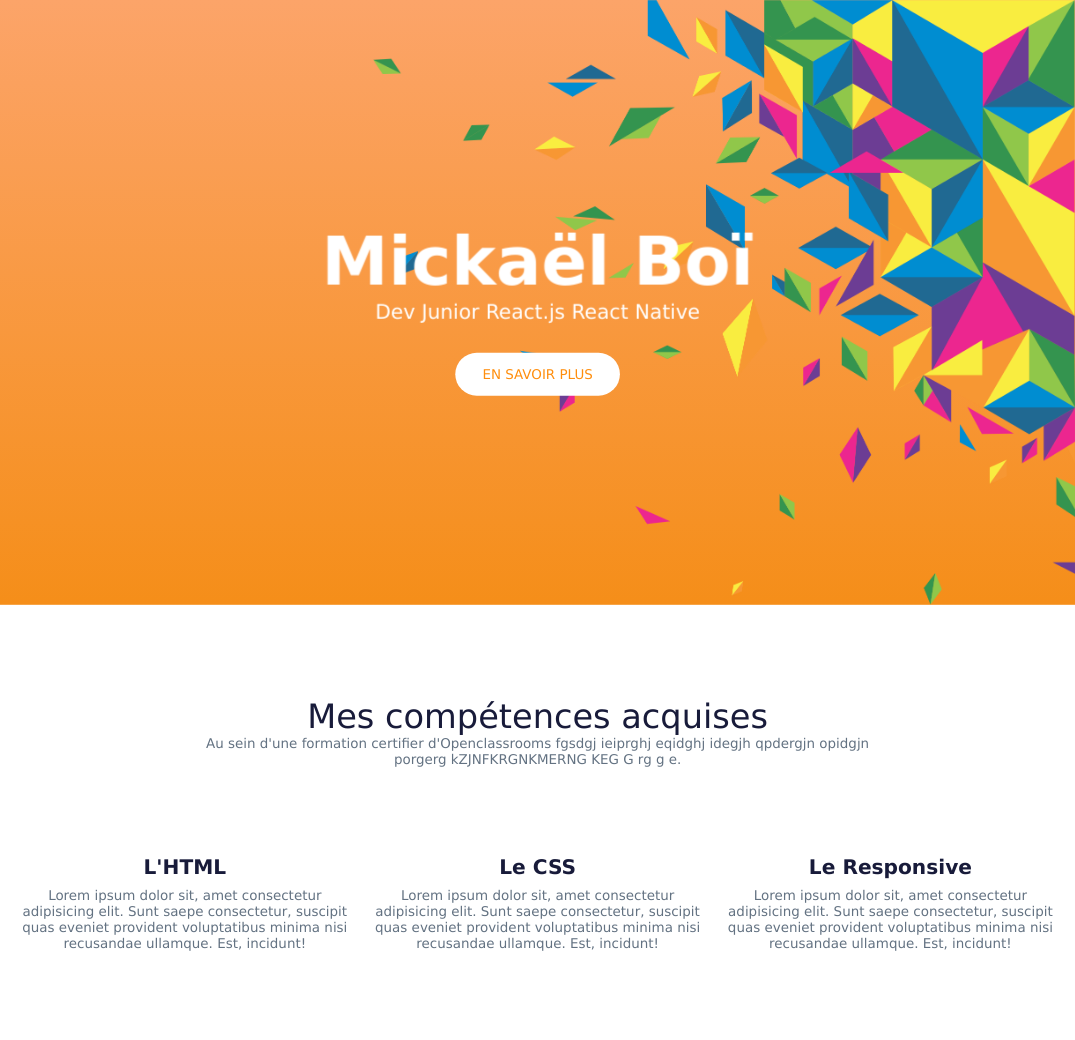
Repository: Micka-17/React_CV
Page: / (app in react-cv/)
An editor plug-in stored every save of this project. The page is shown before and after a run of saves, followed by the edit.
The browser window is 1280 px wide. The pictures show the whole page, at 84% of full size.
The project was rebuilt for these pictures with package versions that can differ from the ones it lists, and the page was loaded fresh each time.

Above is the page before, as saved 2021-10-20 11:16:22.

### react-cv/src/index.js
import React from 'react';
import ReactDOM from 'react-dom';
import './index.css';
import App from './App';
import reportWebVitals from './reportWebVitals';

ReactDOM.render(
    <App />,
  document.getElementById('root')
);

// If you want to start measuring performance in your app, pass a function
// to log results (for example: reportWebVitals(console.log))
// or send to an analytics endpoint. Learn more: https://bit.ly/CRA-vitals

### react-cv/src/App.js
import './App.css';
import Top from './components/Top';
import Skills from './components/Skills';
import './Style/style.css'
import React from 'react'

function App() {
  return (
    <div className="App">
      <Top />
      <Skills />
    </div>
  );
}

export default App;

### react-cv/src/components/Top.jsx
import React from 'react'
import '../Style/style.css'

export default function Top() {

    return (
        <section id="sec-1">
            <div class="marbre">
                <div class="container">
                    <h1>Mickaël Boï</h1>
                    <p>Dev Junior React.js React Native</p>
                    <a href="#sec-2" class="title-btn">En savoir plus</a>
                </div>
            </div>
        </section >
    )
}

### react-cv/src/components/Skills.jsx
import React from 'react'
import '../Style/style.css'

export default function Skills() {

    return (
        <section id="sec-2">
        <h1>Mes compétences acquises</h1>
        <p>Au sein d'une formation certifier d'Openclassrooms fgsdgj ieiprghj eqidghj idegjh qpdergjn opidgjn porgerg
             kZJNFKRGNKMERNG KEG G rg g e.</p>
        <div class="container" data-aos="zoom-in">
            <div class="competences">
                <i class="fab fa-html5 fa-5x"></i>
                <h2>L'HTML</h2>
                <p>Lorem ipsum dolor sit, amet consectetur adipisicing elit. Sunt saepe consectetur, suscipit quas eveniet provident voluptatibus minima nisi recusandae ullamque. Est, incidunt!</p>
            </div>
            <div class="competences">
                <i class="fab fa-css3 fa-5x"></i>
                <h2>Le CSS</h2>
                <p>Lorem ipsum dolor sit, amet consectetur adipisicing elit. Sunt saepe consectetur, suscipit quas eveniet provident voluptatibus minima nisi recusandae ullamque. Est, incidunt!</p>
            </div><div class="competences">
                <i class="fas fa-mobile-alt fa-5x"></i>
                <h2>Le Responsive</h2>
                <p>Lorem ipsum dolor sit, amet consectetur adipisicing elit. Sunt saepe consectetur, suscipit quas eveniet provident voluptatibus minima nisi recusandae ullamque. Est, incidunt!</p>
            </div>
        </div>
    </section>
    )
}

### react-cv/src/Style/style.css
* { margin: 0;
    padding: 0;
    list-style: 0;
    text-decoration: 0;
}

body {
    font-family: 'Lucida Sans', 'Lucida Sans Regular', 'Lucida Grande', 'Lucida Sans Unicode', Geneva, Verdana, sans-serif;
}
.btnBurger {
    position: absolute;
    top: 0;
    left: 0px;
}
section#sec-1 {
    width: 100%;
    height: 100vh;
    background: linear-gradient(to bottom, #fca469, #f58e19);
}

section#sec-1 .marbre {
    height: 100%;
    background-image: url(../img/fond-marbre.png);
    background-position: right top;
    background-size: contain;
    background-repeat: no-repeat;
    display: flex;
    justify-content: center;
    align-items: center;
}

section#sec-1 .marbre .container {
    text-align: center;
    color: white;
}

section#sec-1 .marbre .container h1 {
    font-size: 5em;
}

section#sec-1 .marbre .container p {
    font-size: 1.5em;
    margin-bottom: 50px;
}

section#sec-1 .marbre .container a.title-btn {
    background-color: white;
    padding: 1em 2em;
    border-radius: 50px;
    color: #ff8e0d;
    font-weight: 500;
    text-transform: uppercase;
}

@media screen and (max-width: 350px) {
    section#sec-1 .marbre .container .h1 {
        font-size: 2.5em;
    }
    section#sec-1 .marbre .container .p {
        font-size: 1em;
    }
}

section#sec-2 > h1 {
    text-align: center;
    color: #181b3a;
    font-size: 2.5em;
    font-weight: 500;
    margin-top: 30px;
}

section#sec-2 {
    padding: 80px 10px;
}

section#sec-2 > P {
    max-width: 800px;
    text-align: center;
    color: #637282;
    margin: 0 auto;
}

section#sec-2 .container {
    max-width: 1400px;
    justify-content: center;
    display: flex;
    margin: 0 auto;
    flex-direction: row;
    margin: 70px auto 0 auto;
}

section#sec-2 .container .competences {
    text-align: center;
    margin: 25px 0;
}

section#sec-2 .container .competences h2 {
    color: #181b3a;
    font-weight: 500px;
    margin: 10px 0;
}

section#sec-2 .container .competences p {
    color: #637282;
    font-weight: 400px;
    padding: 0 10px;
}

/* responsive */
@media screen and (max-width: 600px) {
    section#sec-2 > h2 {
        font-size: 2em;
    }
    section#sec-2 .container {
        flex-direction: column;
    }
section#sec-2 .container .competences p {
    max-width: 95%;
    }
}

i {
    color: #f58e19;
}

section#sec-3 {
    background-color: rgba(177, 121, 36, 0.507);
    padding: 32px 0px;
}

section#sec-3 .container {
    max-width: 1400px;
    margin: 0 auto;
    display: flex;
    align-items: center;
    justify-content: space-around;
}

section#sec-3 .container .left {
    max-width: 500px;
}

section#sec-3 .container .right {
    max-width: 50%;
}

section#sec-3 .container .right h1 {
    font-size: 2.5em;
    color: #181b3a;
    margin-bottom: 30px;
}

section#sec-3 .container .right p {
    font-size: 1.5em;
    color: #637282;
}

section#sec-3 .container .right p:nth-of-type(2) {
    margin-bottom: 60px;
}

section#sec-3 .container .right a.dl-btn {
    background-color: white;
    padding: 1em 2em;
    border-radius: 50px;
    color: #ff8e0d;
    font-weight: 500;
    text-transform: uppercase;
}

@media screen and (max-width: 600px) {
    section#sec-3 > h1 {
        font-size: 1.5em;
    }
    section#sec-3 .container {
        flex-direction: column;
    }
section#sec-3 .container .right p {
    max-width: 95%;
    }
    section#sec-3 .container .left i {
        margin-bottom: 50px;
    }
}

footer {
    background-color: rgba(37, 37, 37, 0.616);
    padding: 50px 10px;
    justify-content: center;
    text-align: center;
}

footer .container {
    max-width: 1400px;
    margin: 0px auto;
}

footer .container h1 {
    color: whitesmoke;
}

footer .container p {
    color: whitesmoke;
    margin-top: 20px;
}

section#sec-1 .marbre .container {
    transform-style: preserve-3d;
}

section#sec-1 .marbre .container h1 {
    transform: translateZ(50px);
}

section#sec-1 .marbre .container p {
    transform: translateZ(50px);
}

.navigation {
    font-family: 'Franklin Gothic Medium', 'Arial Narrow', Arial, sans-serif;
    background: linear-gradient(to top, rgba(37, 37, 37, 0.616),  rgba(177, 121, 36, 0.507));
}

.navigation ul {
    flex-direction: row;
    display: flex;
    align-items: center;
    justify-content: space-around;
}

.navigation ul li {
    display: flex;
    background-color: whitesmoke;
    border-radius: 50px;
    padding: 1em 1em;
    margin: 10px;
}

li a{
    color: #ff8e0d
}

section#section-1 {
    width: 100%;
    height: 100vh;
    background: linear-gradient(to bottom, #fca469, #f58e19);
}

section#section-1 .fond {
    height: 100%;
    background-image: url(../img/fond-marbr.png);
    background-position: left top;
    background-size: contain;
    background-repeat: no-repeat;
}

section#section-1 .fond .container {
    text-align: center;
    color: white;
    padding: 200px;
}

section#section-1 .fond .container h1 {
    font-size: 5em;
}

section#section-1 .fond .container p {
    font-size: 1.5em;
    margin-bottom: 0px;
}

.menu-xp {
    color: whitesmoke;
}

section#section-1 .fond .menu-xp ul {
    flex-direction: row;
    display: flex;
    align-items: center;
    justify-content: space-around;
}

section#section-1 .fond .menu-xp ul li {
    display: flex;
    background-color: whitesmoke;
    border-radius: 5%;
    padding: 2em 10em 15em 10em;
    font-family: 'Franklin Gothic Medium', 'Arial Narrow', Arial, sans-serif;
}

#diplome {
    width: 50%;
    height: 50%;
    display: flex;
    align-items: center;
}

.conatactephp {
    display:flex;
    align-items: center;
    justify-content: space-evenly;
    margin: 80px;
}

.form-group {
    margin: 25px;
}

.btn btn-primary {
    margin: 12px;
}

Loaded but not shown: react-cv/public/index.html (common file); react-cv/src/index.css (common file); react-cv/src/reportWebVitals.js (common file); react-cv/src/App.css (common file)

After the next 2 saves:
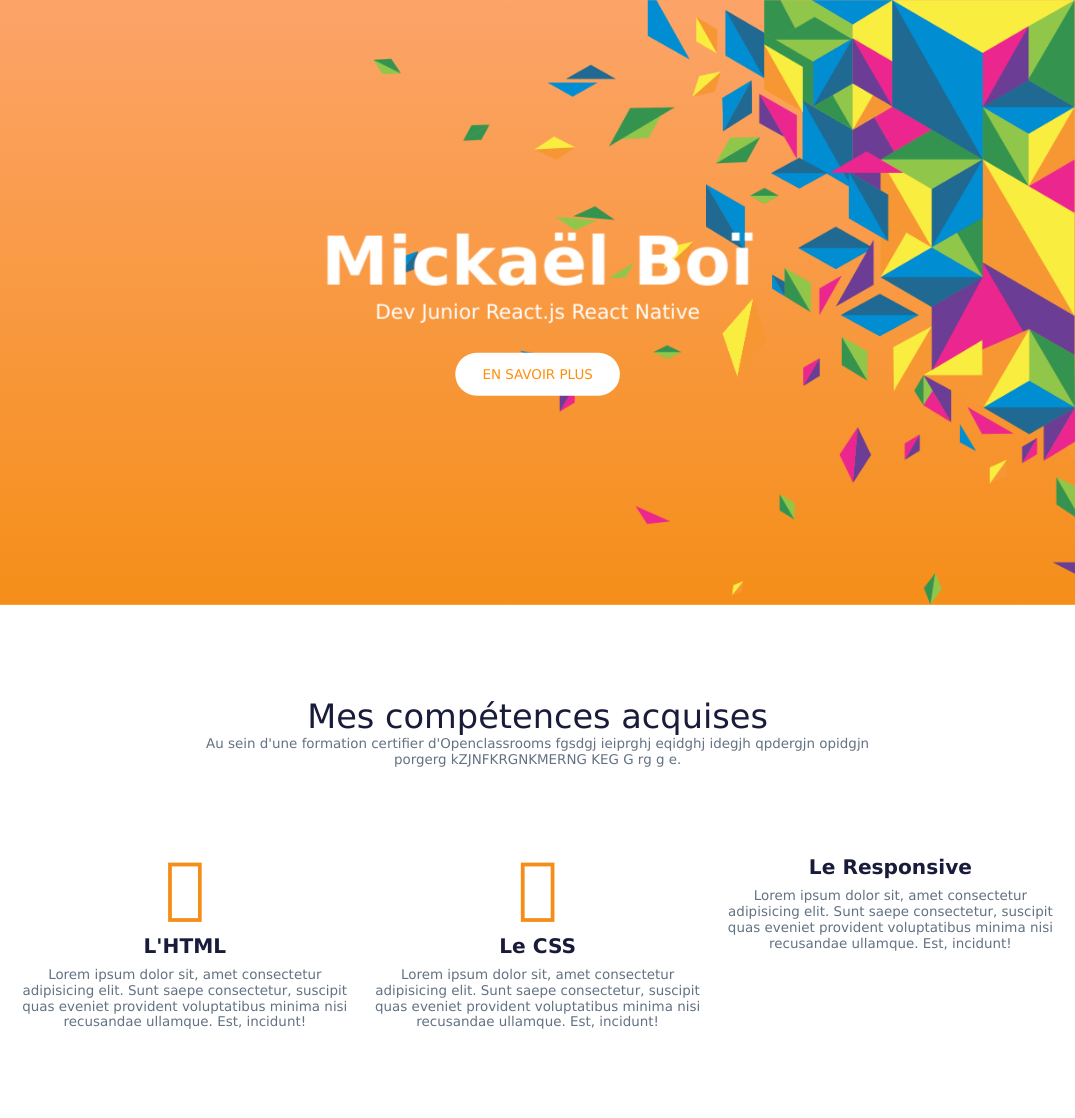
The 2 saves are shown as one change because they came seconds apart.
The last was saved 52 s later.
--- a/react-cv/src/components/Skills.jsx
+++ b/react-cv/src/components/Skills.jsx
@@ -1,5 +1,6 @@
 import React from 'react'
 import '../Style/style.css'
+import 'font-awesome/css/font-awesome.min.css';
 
 export default function Skills() {
 
